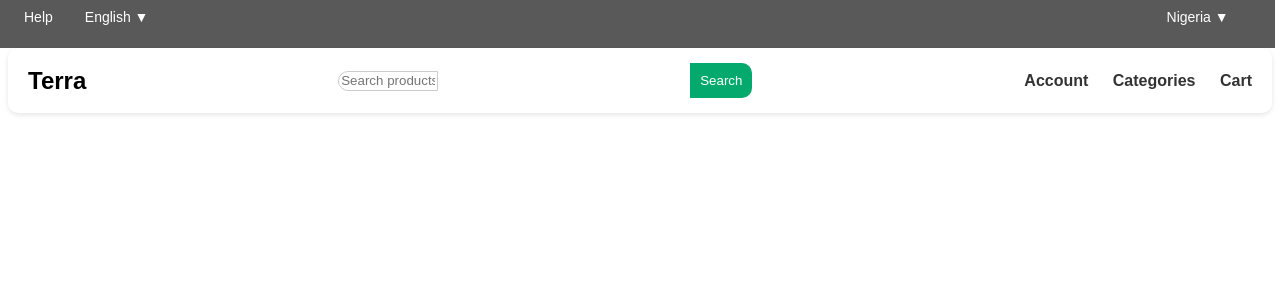
Repository: Femi007-gh/e-commerce
Page: index.html
The author's editor kept a copy of each file at every save. The page is drawn from the files as they stood at one save, then again after the next save.
The browser window is 1280 px wide. The pictures show the whole page.

Above is the page before, as saved 2025-04-28 20:11:16.

After the next save:
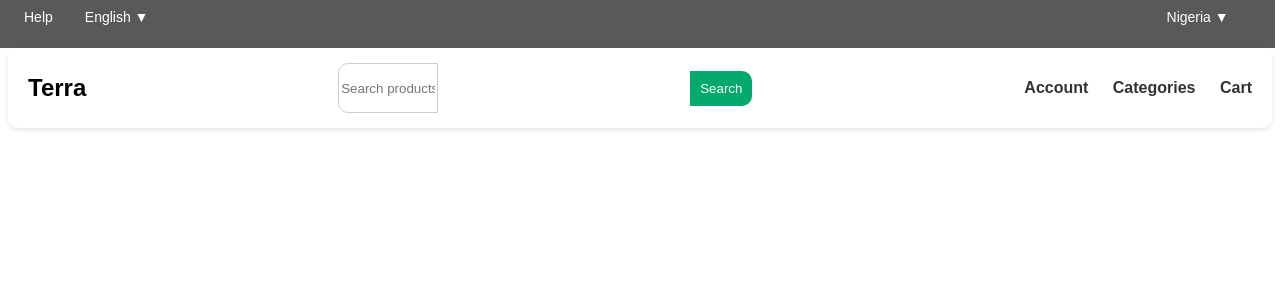
Saved 13 s later.
--- a/style.css
+++ b/style.css
@@ -90,7 +90,7 @@
  .inp {
   border: 1px solid #ccc;
   border-radius: 10px 0 0 10px;
-  height:20px;
+  height:50px;
   width: 100px;
 }
 

After the save that followed:
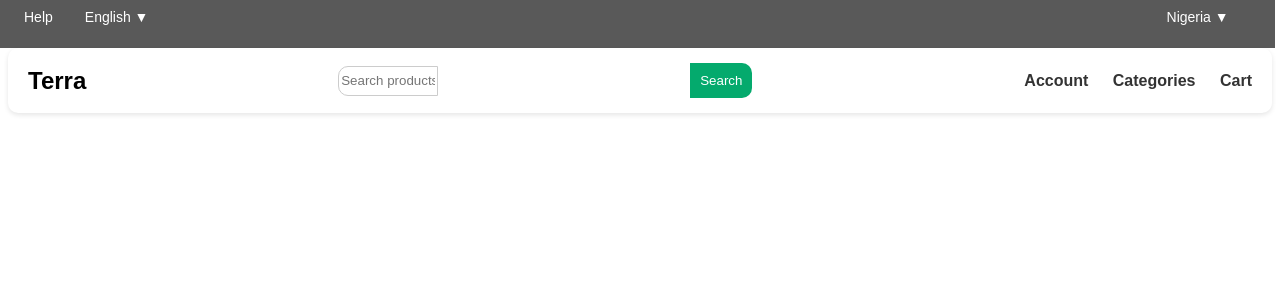
Saved 6 s later.
--- a/style.css
+++ b/style.css
@@ -90,7 +90,7 @@
  .inp {
   border: 1px solid #ccc;
   border-radius: 10px 0 0 10px;
-  height:50px;
+  height:30px;
   width: 100px;
 }
 
